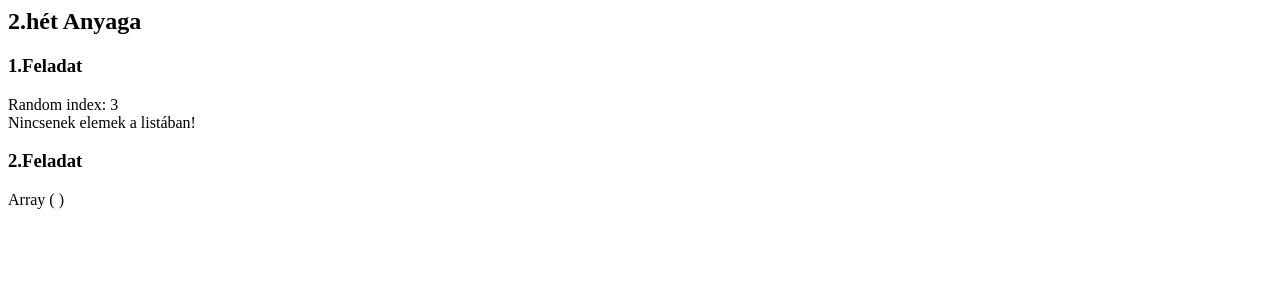
Repository: doomhyena/htdocs
Page: http://localhost/2.Week/index.php
The author's editor kept a copy of each file at every save. The page is drawn from the files as they stood at one save, then again after the next save.
The browser window is 1280 px wide. The pictures show the whole page.
The page is run by PHP 8.4 with error messages shown; the project is at /var/www/html/.

Above is the page before, as saved 2024-09-09 13:24:27.

After the next save:
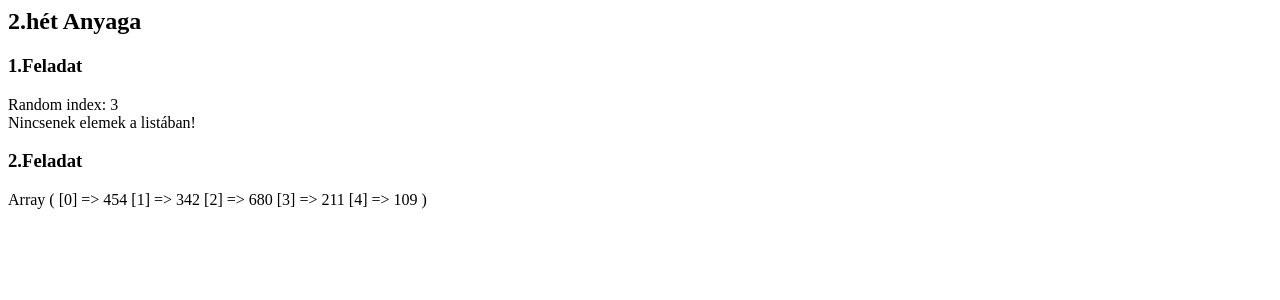
Saved 6 s later.
--- a/2.Week/index.php
+++ b/2.Week/index.php
@@ -118,6 +118,6 @@ array_push($listlist, $randomszam);
 $randomszam = rand(0, 1000);
 array_push($listlist, $randomszam);
 
-print_r($lista);
+print_r($listlist);
 
 ?>
